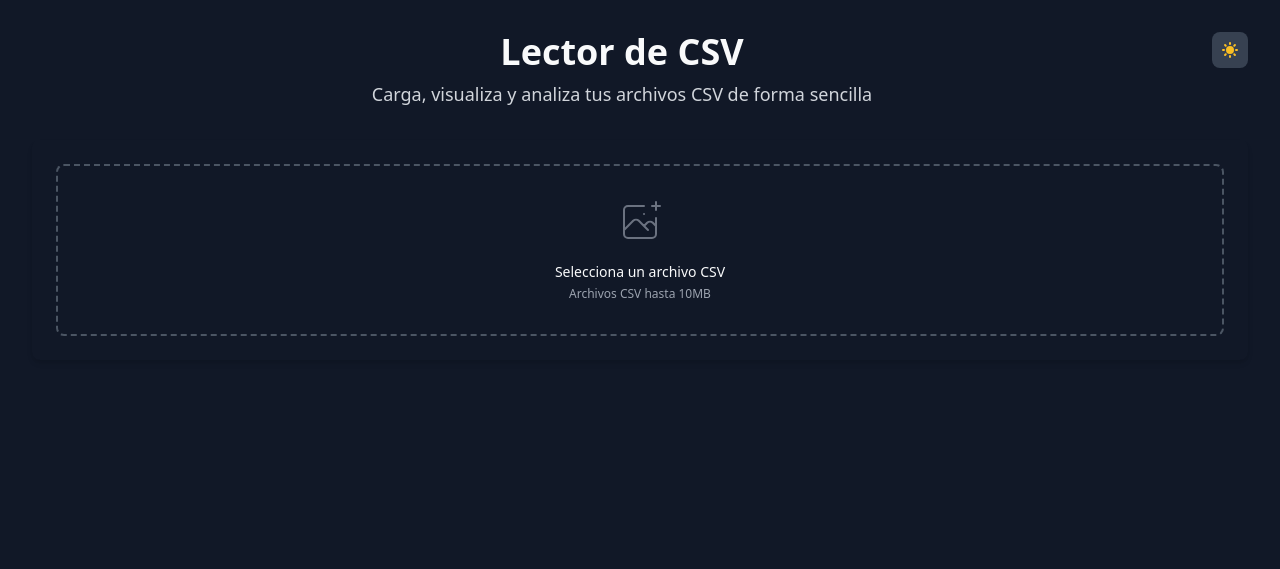
Repository: aitorcachero/lector-csv
Page: /
These files come from the project's save history. The page is drawn as it stood at one moment and after the next save; the edit follows.
The browser window is 1280 px wide. The pictures show the whole page.
The project was rebuilt for these pictures with package versions that can differ from the ones it lists, and the page was loaded fresh each time. The framework's server and built-in components were replaced by stand-ins that run in the browser. Also part of the build but not shown: next.config.mjs, src/components/LoadingSpinner.js, src/components/ErrorMessage.js, src/components/SearchBar.js, src/components/ColumnSelector.js, src/components/DataTable.js, src/components/Pagination.js.

Above is the page before, as saved 2025-06-23 12:08:47.

After the next save:
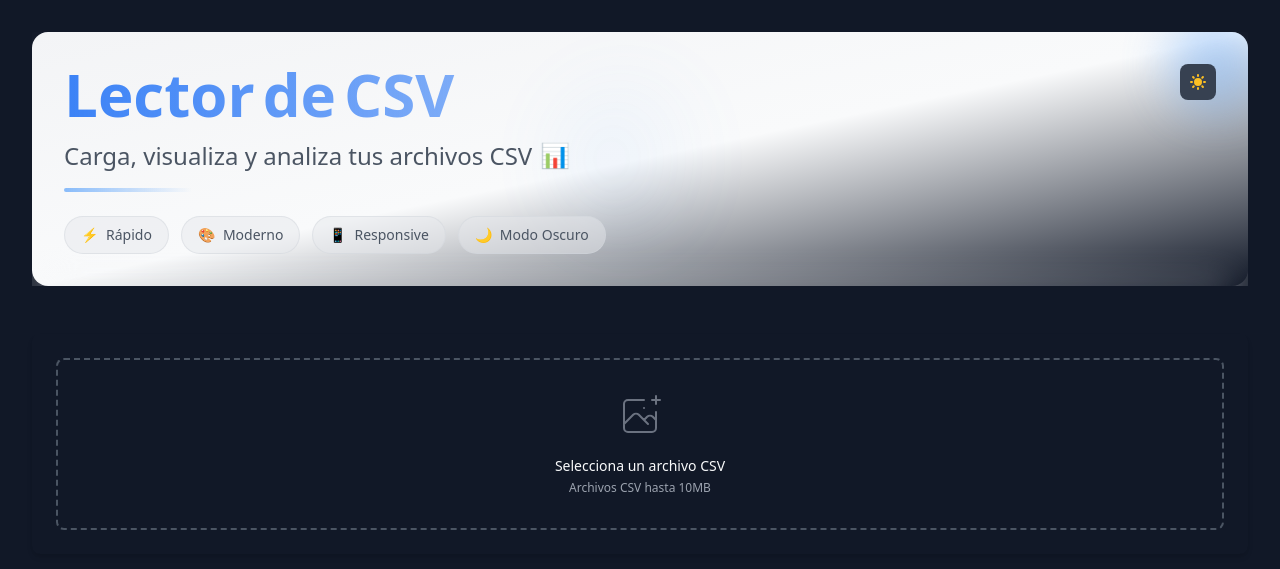
Saved 72 s later.
--- a/src/components/HeaderSection.js
+++ b/src/components/HeaderSection.js
@@ -1,20 +1,120 @@
-import React from 'react';
+import { useTheme } from '../app/context/ThemeContext';
 import ThemeToggle from './ThemeToggle';
 
 export default function HeaderSection() {
+  const { isDarkMode } = useTheme();
+
   return (
-    <div className="text-center mb-8">
-      <div className="flex justify-between items-start mb-4">
-        <div className="flex-1">
-          <h1 className="text-4xl font-bold text-gray-900 mb-2">
-            Lector de CSV
-          </h1>
-          <p className="text-lg text-gray-600">
-            Carga, visualiza y analiza tus archivos CSV de forma sencilla
-          </p>
+    <div className="relative overflow-hidden mb-12">
+      {/* Fondo con gradiente animado */}
+      <div
+        className={`relative rounded-2xl p-8 transition-all duration-500 ${
+          isDarkMode
+            ? 'bg-gradient-to-br from-gray-800 via-gray-900 to-black shadow-2xl shadow-gray-900/50'
+            : 'bg-gradient-to-br from-blue-50 via-indigo-50 to-purple-50 shadow-2xl shadow-blue-200/30'
+        }`}
+      >
+        {/* Elementos decorativos animados */}
+        <div className="absolute inset-0 overflow-hidden rounded-2xl">
+          <div
+            className={`absolute -top-4 -right-4 w-24 h-24 rounded-full blur-xl opacity-30 animate-pulse ${
+              isDarkMode ? 'bg-blue-500' : 'bg-purple-400'
+            }`}
+          ></div>
+          <div
+            className={`absolute -bottom-4 -left-4 w-32 h-32 rounded-full blur-xl opacity-20 animate-pulse animation-delay-1000 ${
+              isDarkMode ? 'bg-purple-500' : 'bg-blue-400'
+            }`}
+          ></div>
+          <div
+            className={`absolute top-1/2 left-1/2 transform -translate-x-1/2 -translate-y-1/2 w-40 h-40 rounded-full blur-2xl opacity-10 animate-spin-slow ${
+              isDarkMode
+                ? 'bg-gradient-to-r from-blue-500 to-purple-500'
+                : 'bg-gradient-to-r from-purple-400 to-blue-400'
+            }`}
+          ></div>
         </div>
-        <ThemeToggle />
+
+        {/* Contenido principal */}
+        <div className="relative z-10">
+          <div className="flex justify-between items-start mb-6">
+            <div className="flex-1">
+              {/* Título con gradiente y animación */}
+              <h1
+                className={`text-5xl md:text-6xl font-extrabold mb-4 bg-clip-text text-transparent bg-gradient-to-r transition-all duration-700 hover:scale-105 transform ${
+                  isDarkMode
+                    ? 'from-blue-400 via-purple-400 to-pink-400 hover:from-blue-300 hover:via-purple-300 hover:to-pink-300'
+                    : 'from-blue-600 via-purple-600 to-indigo-600 hover:from-blue-500 hover:via-purple-500 hover:to-indigo-500'
+                }`}
+              >
+                <span className="inline-block animate-fade-in-up">Lector</span>
+                <span className="inline-block animate-fade-in-up animation-delay-200 ml-2">
+                  de
+                </span>
+                <span className="inline-block animate-fade-in-up animation-delay-400 ml-2">
+                  CSV
+                </span>
+              </h1>
+
+              {/* Subtítulo con animación */}
+              <p
+                className={`text-xl md:text-2xl font-medium animate-fade-in-up animation-delay-600 transition-colors duration-500 ${
+                  isDarkMode ? 'text-gray-300' : 'text-gray-700'
+                }`}
+              >
+                Carga, visualiza y analiza tus archivos CSV
+                <span className="inline-block ml-2 animate-bounce">📊</span>
+              </p>
+
+              {/* Línea decorativa animada */}
+              <div
+                className={`mt-4 h-1 w-32 rounded-full bg-gradient-to-r animate-pulse ${
+                  isDarkMode
+                    ? 'from-blue-500 to-purple-500'
+                    : 'from-purple-500 to-blue-500'
+                }`}
+              ></div>
+            </div>
+
+            {/* Toggle con animación mejorada */}
+            <div className="transform hover:scale-110 transition-transform duration-300 animate-fade-in-up animation-delay-800">
+              <ThemeToggle />
+            </div>
+          </div>
+
+          {/* Indicadores de características */}
+          <div className="flex flex-wrap gap-3 mt-6 animate-fade-in-up animation-delay-1000">
+            {[
+              { icon: '⚡', text: 'Rápido' },
+              { icon: '🎨', text: 'Moderno' },
+              { icon: '📱', text: 'Responsive' },
+              { icon: '🌙', text: 'Modo Oscuro' },
+            ].map((feature, index) => (
+              <div
+                key={feature.text}
+                className={`px-4 py-2 rounded-full text-sm font-medium transition-all duration-300 hover:scale-105 hover:shadow-lg ${
+                  isDarkMode
+                    ? 'bg-gray-700/50 text-gray-300 border border-gray-600/50 hover:bg-gray-600/50'
+                    : 'bg-white/70 text-gray-700 border border-gray-200/50 hover:bg-white/90'
+                }`}
+                style={{ animationDelay: `${1200 + index * 100}ms` }}
+              >
+                <span className="mr-2">{feature.icon}</span>
+                {feature.text}
+              </div>
+            ))}
+          </div>
+        </div>
       </div>
+
+      {/* Sombra inferior con gradiente */}
+      <div
+        className={`absolute -bottom-2 left-4 right-4 h-4 rounded-full blur-lg opacity-30 ${
+          isDarkMode
+            ? 'bg-gradient-to-r from-gray-800 to-gray-900'
+            : 'bg-gradient-to-r from-blue-200 to-purple-200'
+        }`}
+      ></div>
     </div>
   );
 }

After the save that followed:
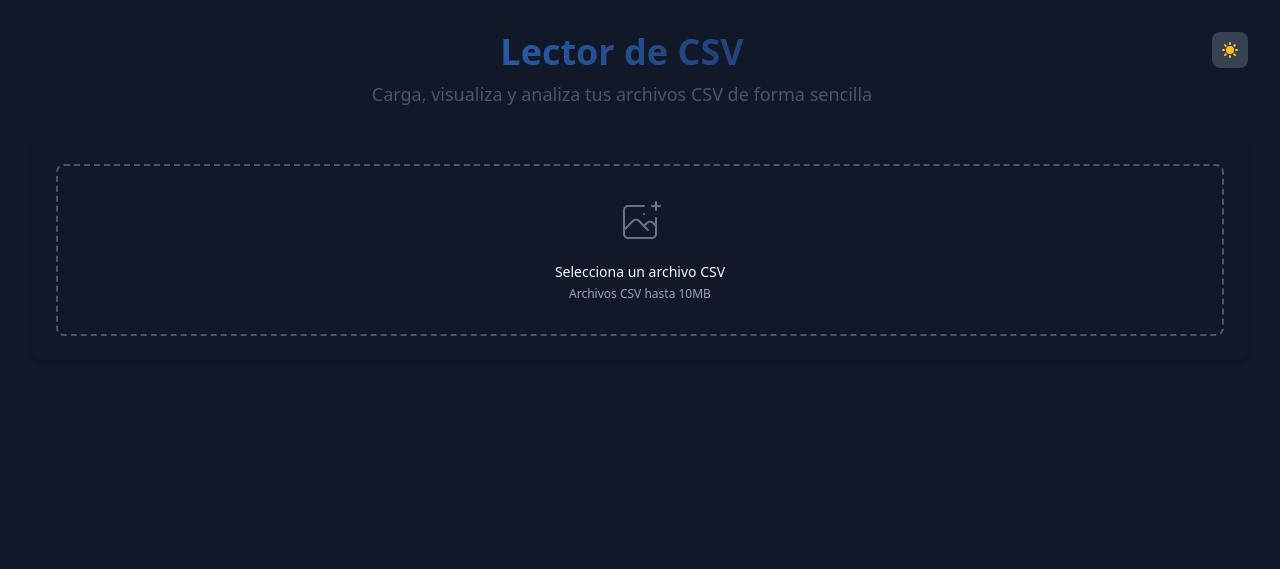
Saved 85 s later.
--- a/src/components/HeaderSection.js
+++ b/src/components/HeaderSection.js
@@ -5,116 +5,24 @@
   const { isDarkMode } = useTheme();
 
   return (
-    <div className="relative overflow-hidden mb-12">
-      {/* Fondo con gradiente animado */}
-      <div
-        className={`relative rounded-2xl p-8 transition-all duration-500 ${
-          isDarkMode
-            ? 'bg-gradient-to-br from-gray-800 via-gray-900 to-black shadow-2xl shadow-gray-900/50'
-            : 'bg-gradient-to-br from-blue-50 via-indigo-50 to-purple-50 shadow-2xl shadow-blue-200/30'
-        }`}
-      >
-        {/* Elementos decorativos animados */}
-        <div className="absolute inset-0 overflow-hidden rounded-2xl">
-          <div
-            className={`absolute -top-4 -right-4 w-24 h-24 rounded-full blur-xl opacity-30 animate-pulse ${
-              isDarkMode ? 'bg-blue-500' : 'bg-purple-400'
-            }`}
-          ></div>
-          <div
-            className={`absolute -bottom-4 -left-4 w-32 h-32 rounded-full blur-xl opacity-20 animate-pulse animation-delay-1000 ${
-              isDarkMode ? 'bg-purple-500' : 'bg-blue-400'
-            }`}
-          ></div>
-          <div
-            className={`absolute top-1/2 left-1/2 transform -translate-x-1/2 -translate-y-1/2 w-40 h-40 rounded-full blur-2xl opacity-10 animate-spin-slow ${
-              isDarkMode
-                ? 'bg-gradient-to-r from-blue-500 to-purple-500'
-                : 'bg-gradient-to-r from-purple-400 to-blue-400'
-            }`}
-          ></div>
+    <div className="text-center mb-8">
+      <div className="flex justify-between items-start mb-4">
+        <div className="flex-1">
+          <h1 className={`text-4xl font-bold mb-2 bg-clip-text text-transparent bg-gradient-to-r ${
+            isDarkMode
+              ? 'from-blue-400 to-purple-400'
+              : 'from-blue-600 to-purple-600'
+          }`}>
+            Lector de CSV
+          </h1>
+          <p className={`text-lg transition-colors duration-300 ${
+            isDarkMode ? 'text-gray-300' : 'text-gray-600'
+          }`}>
+            Carga, visualiza y analiza tus archivos CSV de forma sencilla
+          </p>
         </div>
-
-        {/* Contenido principal */}
-        <div className="relative z-10">
-          <div className="flex justify-between items-start mb-6">
-            <div className="flex-1">
-              {/* Título con gradiente y animación */}
-              <h1
-                className={`text-5xl md:text-6xl font-extrabold mb-4 bg-clip-text text-transparent bg-gradient-to-r transition-all duration-700 hover:scale-105 transform ${
-                  isDarkMode
-                    ? 'from-blue-400 via-purple-400 to-pink-400 hover:from-blue-300 hover:via-purple-300 hover:to-pink-300'
-                    : 'from-blue-600 via-purple-600 to-indigo-600 hover:from-blue-500 hover:via-purple-500 hover:to-indigo-500'
-                }`}
-              >
-                <span className="inline-block animate-fade-in-up">Lector</span>
-                <span className="inline-block animate-fade-in-up animation-delay-200 ml-2">
-                  de
-                </span>
-                <span className="inline-block animate-fade-in-up animation-delay-400 ml-2">
-                  CSV
-                </span>
-              </h1>
-
-              {/* Subtítulo con animación */}
-              <p
-                className={`text-xl md:text-2xl font-medium animate-fade-in-up animation-delay-600 transition-colors duration-500 ${
-                  isDarkMode ? 'text-gray-300' : 'text-gray-700'
-                }`}
-              >
-                Carga, visualiza y analiza tus archivos CSV
-                <span className="inline-block ml-2 animate-bounce">📊</span>
-              </p>
-
-              {/* Línea decorativa animada */}
-              <div
-                className={`mt-4 h-1 w-32 rounded-full bg-gradient-to-r animate-pulse ${
-                  isDarkMode
-                    ? 'from-blue-500 to-purple-500'
-                    : 'from-purple-500 to-blue-500'
-                }`}
-              ></div>
-            </div>
-
-            {/* Toggle con animación mejorada */}
-            <div className="transform hover:scale-110 transition-transform duration-300 animate-fade-in-up animation-delay-800">
-              <ThemeToggle />
-            </div>
-          </div>
-
-          {/* Indicadores de características */}
-          <div className="flex flex-wrap gap-3 mt-6 animate-fade-in-up animation-delay-1000">
-            {[
-              { icon: '⚡', text: 'Rápido' },
-              { icon: '🎨', text: 'Moderno' },
-              { icon: '📱', text: 'Responsive' },
-              { icon: '🌙', text: 'Modo Oscuro' },
-            ].map((feature, index) => (
-              <div
-                key={feature.text}
-                className={`px-4 py-2 rounded-full text-sm font-medium transition-all duration-300 hover:scale-105 hover:shadow-lg ${
-                  isDarkMode
-                    ? 'bg-gray-700/50 text-gray-300 border border-gray-600/50 hover:bg-gray-600/50'
-                    : 'bg-white/70 text-gray-700 border border-gray-200/50 hover:bg-white/90'
-                }`}
-                style={{ animationDelay: `${1200 + index * 100}ms` }}
-              >
-                <span className="mr-2">{feature.icon}</span>
-                {feature.text}
-              </div>
-            ))}
-          </div>
-        </div>
+        <ThemeToggle />
       </div>
-
-      {/* Sombra inferior con gradiente */}
-      <div
-        className={`absolute -bottom-2 left-4 right-4 h-4 rounded-full blur-lg opacity-30 ${
-          isDarkMode
-            ? 'bg-gradient-to-r from-gray-800 to-gray-900'
-            : 'bg-gradient-to-r from-blue-200 to-purple-200'
-        }`}
-      ></div>
     </div>
   );
 }
